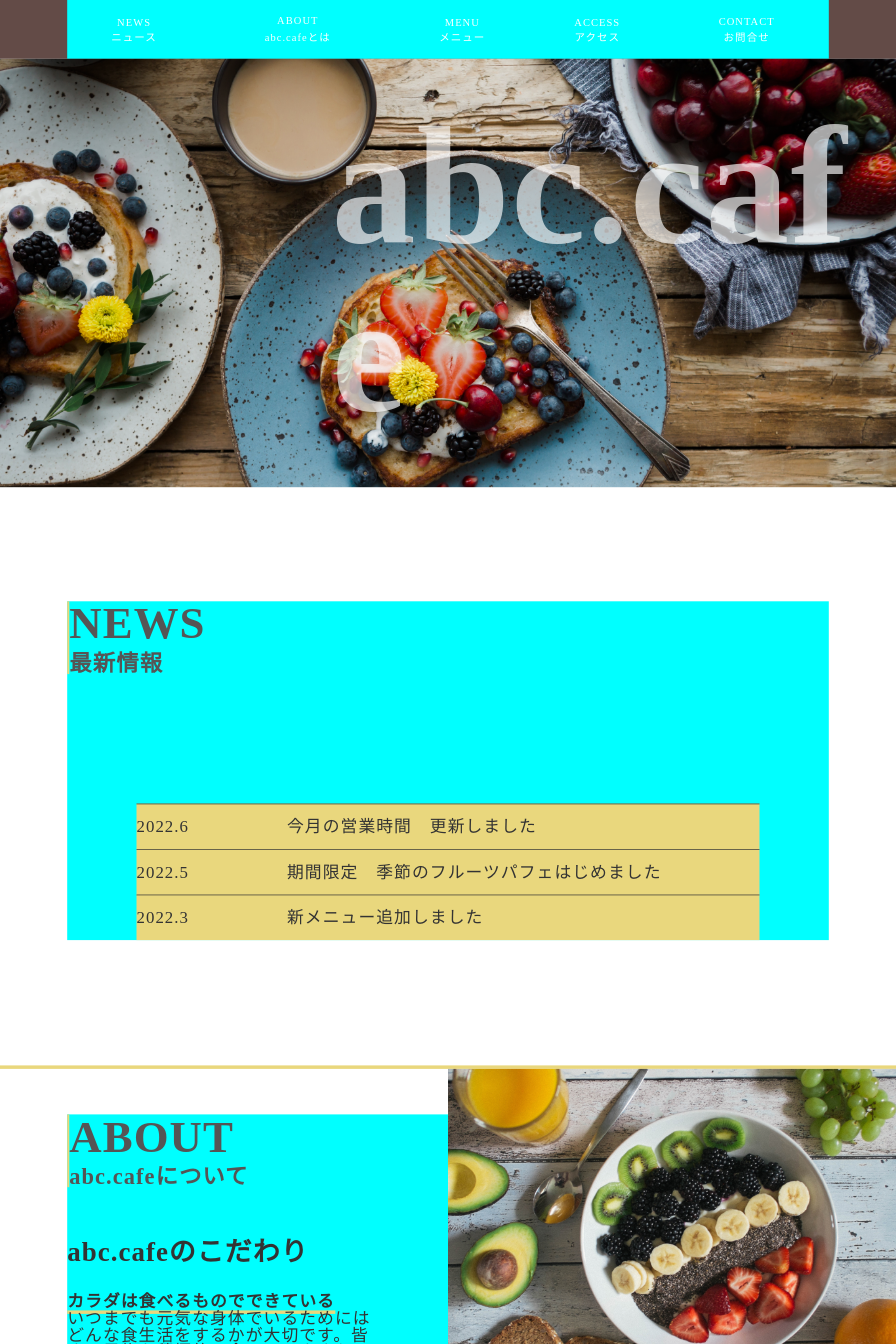
Repository: nozomi-23/lp1_test
Page: index.html
These files come from the project's save history. The page is drawn as it stood at one moment and after a run of saves; the edit follows.
The browser window is 1280 px wide. The pictures show the part of the page from y = 0 to 1920 px (the page is 3005 px tall before and 2542 px after), at 70% of full size.

Above is the page before, as saved 2022-06-08 14:09:11.

### index.html
<!DOCTYPE html>
<html lang="ja">
<head>
  <meta charset="UTF-8">
  <title>abc.cafe</title>
  <meta name="description" content="旬の果物とオーガニックなカフェ">
  <meta name="keywords" content="cafe,カフェ,フルーツ,お洒落">
  <meta name="viewport" content="width=device-width, initial-scale=1.0">
  <meta property="og:title" content="フルーツカフェ「abc.cafe」">
  <meta property="og:type" content="article">
  <meta property="og:url" content="https://withcode-plus.tech">
  <meta property="og:image" content="img/logo.png">
  <meta property="og:description" content="旬の果物とカラダに優しい食事を。">
  <meta property="og:site_name" content="お洒落なフルーツカフェ">
  <link rel="icon" href="img/favicon1.ico">
  <link rel="apple-touch-icon" sizes="180x180" href="img/logo.png">
  <link rel="preconnect" href="https://fonts.googleapis.com">
  <link rel="preconnect" href="https://fonts.gstatic.com" crossorigin>
  <link href="https://fonts.googleapis.com/css2?family=Noto+Serif+JP:wght@400;500;600;700;900&display=swap"
    rel="stylesheet">
  <link rel="stylesheet" href="css/reset.css">
  <link rel="stylesheet" href="css/common.css">
</head>
<body>
  <!-- ============= header -->
  <header>
    <div class="header_wrapper">
      <div class="inner">
        <nav class="header_nav">
          <ul>
            <li><a href="#news">NEWS<span>ニュース</span></a></li>
            <li><a href="#about">ABOUT<span>abc.cafeとは</span></a></li>
            <li><a href="#menu">MENU<span>メニュー</span></a></li>
            <li><a href="#access">ACCESS<span>アクセス</span></a></li>
            <li><a href="#contact">CONTACT<span>お問合せ</span></a></li>
          </ul>
        </nav>
      </div>
    </div>
  </header>
  <!-- ===================-main -->
  <div class="top_wrapper">
    <div class="top_inner">
      <h1>abc.cafe</h1>
    </div>
  </div>
  <!-- ===================-news -->
  <section id="news">
    <div class="news_wrapper">
      <div class="inner">
        <h2 class="title">NEWS<span>最新情報</span></h2>
        <div class="news_txt">
          <table>
            <tr>
              <th>2022.6</th>
              <td>今月の営業時間　更新しました</td>
            </tr>
            <tr>
              <th>2022.5</th>
              <td>期間限定　季節のフルーツパフェはじめました</td>
            </tr>
            <tr>
              <th>2022.3</th>
              <td>新メニュー追加しました</td>
            </tr>
          </table>
        </div>
      </div>
    </div>
  </section>
  <!-- ===================-about -->
  <section class="about_img_1 section" id="about">
    <div class="inner">
      <div class="about_descript">
        <h2 class="title">ABOUT<span>abc.cafeについて</span></h2>
        <div class="txt">
          <h3>abc.cafeのこだわり</h3>
          <p><strong>カラダは食べるものでできている</strong><br>
            いつまでも元気な身体でいるためにはどんな食生活をするかが大切です。皆さん果物を積極的に食べていますか？abc.cafeは愛知県内の農家から届く<strong>季節のフルーツ</strong>をふんだんに使用したメニューを提供しています。</p>
        </div>
    </div>
    </div>
    </section>
  <section class="about_img_2 section"  id="about">
    <div class="inner">
      <div class="about_descript about_descript_right">
        <h2 class="title">MORE..<span>さらに</span></h2>
        <div class="txt">
          <h3>coffeeにもこだわり</h3>
          <p>abc.cafe ではオーナー自らが仕入れたこだわりのコーヒー豆を直焙煎し提供しています。
          果物に合う「<strong>後味のキレイなコーヒー</strong>」を追求し、最後の一滴まで満足のいく一杯に仕上げました。お洒落なラテアートで視覚的にも楽しんでください。。
          </p>
        </div>
    </div>
    </div>
  </div>
  </section>

  <!-- ===================-menu -->
  <section class="menu_wrapper section" id="menu">
    <div class="inner">
      <h2 class="title">MENU<span>メニュー</span></h2>
      <div class="fram">
        <div class="txt">
          <h4>food</h4>
          <p>フレンチトースト</p>
        </div>

      </div>
    </div>
  </section>







</body>
</html>

### css/reset.css
@charset "UTF-8";

html,
body,
div,
span,
object,
iframe,
h1,
h2,
h3,
h4,
h5,
h6,
p,
blockquote,
pre,
abbr,
address,
cite,
code,
del,
dfn,
em,
img,
ins,
kbd,
q,
samp,
small,
strong,
sub,
sup,
var,
b,
i,
dl,
dt,
dd,
ol,
ul,
li,
fieldset,
form,
label,
legend,
table,
caption,
tbody,
tfoot,
thead,
tr,
th,
td,
article,
aside,
canvas,
details,
figcaption,
figure,
footer,
header,
hgroup,
menu,
nav,
section,
summary,
time,
mark,
audio,
video {
  margin: 0;
  padding: 0;
  border: 0;
  outline: 0;
  font-size: 100%;
  vertical-align: baseline;
  background: transparent;
}

body {
  line-height: 1;
}

article,
aside,
details,
figcaption,
figure,
footer,
header,
hgroup,
menu,
nav,
section {
  display: block;
}

nav ul {
  list-style: none;
}

blockquote,
q {
  quotes: none;
}

blockquote:before,
blockquote:after,
q:before,
q:after {
  content: '';
  content: none;
}

a {
  margin: 0;
  padding: 0;
  font-size: 100%;
  vertical-align: baseline;
  background: transparent;
}

/* change colours to suit your needs */
ins {
  background-color: #ff9;
  color: #000;
  text-decoration: none;
}

/* change colours to suit your needs */
mark {
  background-color: #ff9;
  color: #000;
  font-style: italic;
  font-weight: bold;
}

del {
  text-decoration: line-through;
}

abbr[title],
dfn[title] {
  border-bottom: 1px dotted;
  cursor: help;
}

table {
  border-collapse: collapse;
  border-spacing: 0;
}

/* change border colour to suit your needs */
hr {
  display: block;
  height: 1px;
  border: 0;
  border-top: 1px solid #cccccc;
  margin: 1em 0;
  padding: 0;
}

input,
select {
  vertical-align: middle;
}

### css/common.css
@charset "UTF-8";

body {
  font-size: 15px;
  color: #333;
  font-family: 'Noto Serif JP', serif;
  word-break: break-all;
  letter-spacing: 0.1em;
  /* line-height: 5%; */
}
a {
  text-decoration: none;
  color: #333;
}
li {
  list-style: none;
}
.inner {
  width: 85%;
  margin: 0 auto;
  background-color: aqua;
}
/* =====================
共通パーツ
=========================*/
.title {
  font-weight: bold;
  font-size: 4rem;
  color: #555;
  border-left: solid 3px #E9D77D;
  margin-top: 15%;
  margin-bottom: 17%;
}
.title span {
  display: block;
  font-size: 2rem;
  margin-top: 0.5rem;
}
.section {
  border-top: solid 5px #E9D77D;
}

/* =====================
header
=========================*/
.header_wrapper {
  width: 100%;
  background-color: #634B47;
}
.header_nav ul {
  width: 100%;
  display: table;
}
.header_nav ul li {
  display: table-cell;
  text-align: center;
}
.header_nav ul li a {
  display: inline-block;
  color: #fff;
  padding: 8% 0;
}
.header_nav ul li a:hover {
  opacity: 0.5;
}
.header_nav ul li a span {
  display: block;
  margin-top: 10%;
}
/* =====================
main
=========================*/
.top_wrapper {
  width: 100%;
  height: 85vh;
  overflow: hidden;
  background: url(../img/main.png) no-repeat center;
  background-size: cover;
  /* margin-bottom: 120px; */
}
.top_wrapper::after {
  content: "";
  position: relative;
  width: 100%;
}
.top_inner {
  position: absolute;
  top: 20%;
  left: 37%;
  z-index: 1;
}
.top_inner h1{
  font-family: 'Lobster', cursive;
  font-size: 15rem;
  color: #fff;
  opacity: 65%;
}
/* =====================
news
=========================*/
.news_wrapper {
  margin-bottom: 14%;
}
.news_txt table{
  margin: 0 auto;
  background-color: #E9D77D;
  font-size: 1.5rem;
}
.news_txt tr {
  border-top: solid 1px;
}
.news_txt th {
  padding: 20px 140px 20px 0;
  font-weight: normal;
}
.news_txt td {
  padding: 20px 140px 20px 0;
}
/* =====================
about
=========================*/

.txt h3 {
  font-size: 2.4rem;
  margin-bottom: 1em;
}
.txt p {
  font-size: 1.5rem;
}
.txt strong {
  border-bottom: solid 5px #E9D77D;
}
.about_img_1 {
  position: relative;
}
.about_img_1::after {
  position: absolute;
  content: "";
  background: url(../img/about_1.png) no-repeat center;
  background-size: cover;
  width: 50%;
  height: 100%;
  top: 0;
  left: 50%;
}
.about_img_2 {
  position: relative;
}
.about_img_2::after {
  position: absolute;
  content: "";
  background: url(../img/about_2.png) no-repeat center;
  background-size: cover;
  width: 50%;
  height: 100%;
  top: 0;

}
.about_descript {
  width: 40%;
}
.about_descript_right {
  position: relative;
  left: 60%;
}
/* =====================
menu
=========================*/

After the next 3 saves:
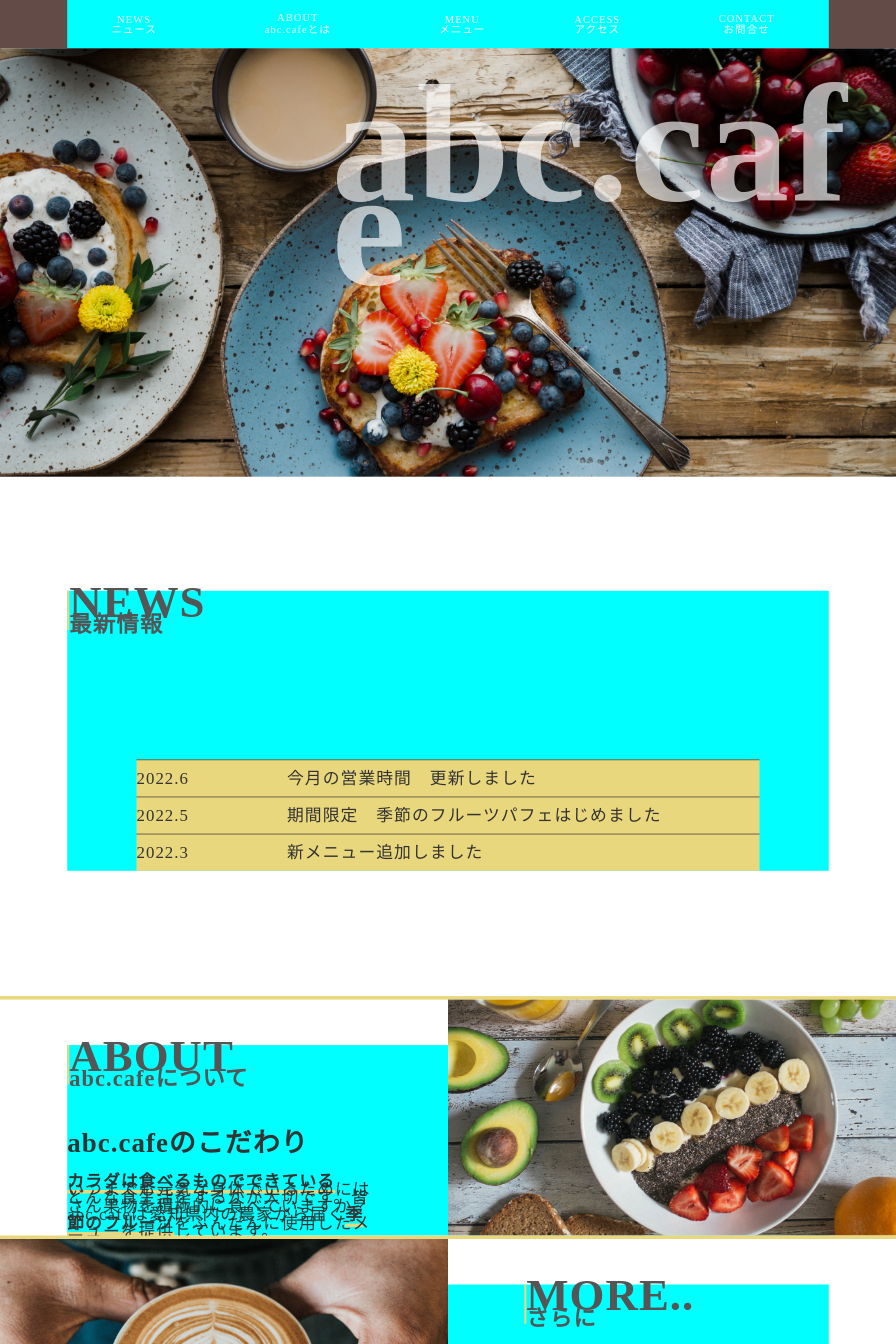
The 3 saves are shown as one change because they came seconds apart.
The last was saved 71 s later.
--- a/css/common.css
+++ b/css/common.css
@@ -6,7 +6,7 @@ body {
   font-family: 'Noto Serif JP', serif;
   word-break: break-all;
   letter-spacing: 0.1em;
-  /* line-height: 5%; */
+  line-height: 0.5;
 }
 a {
   text-decoration: none;
